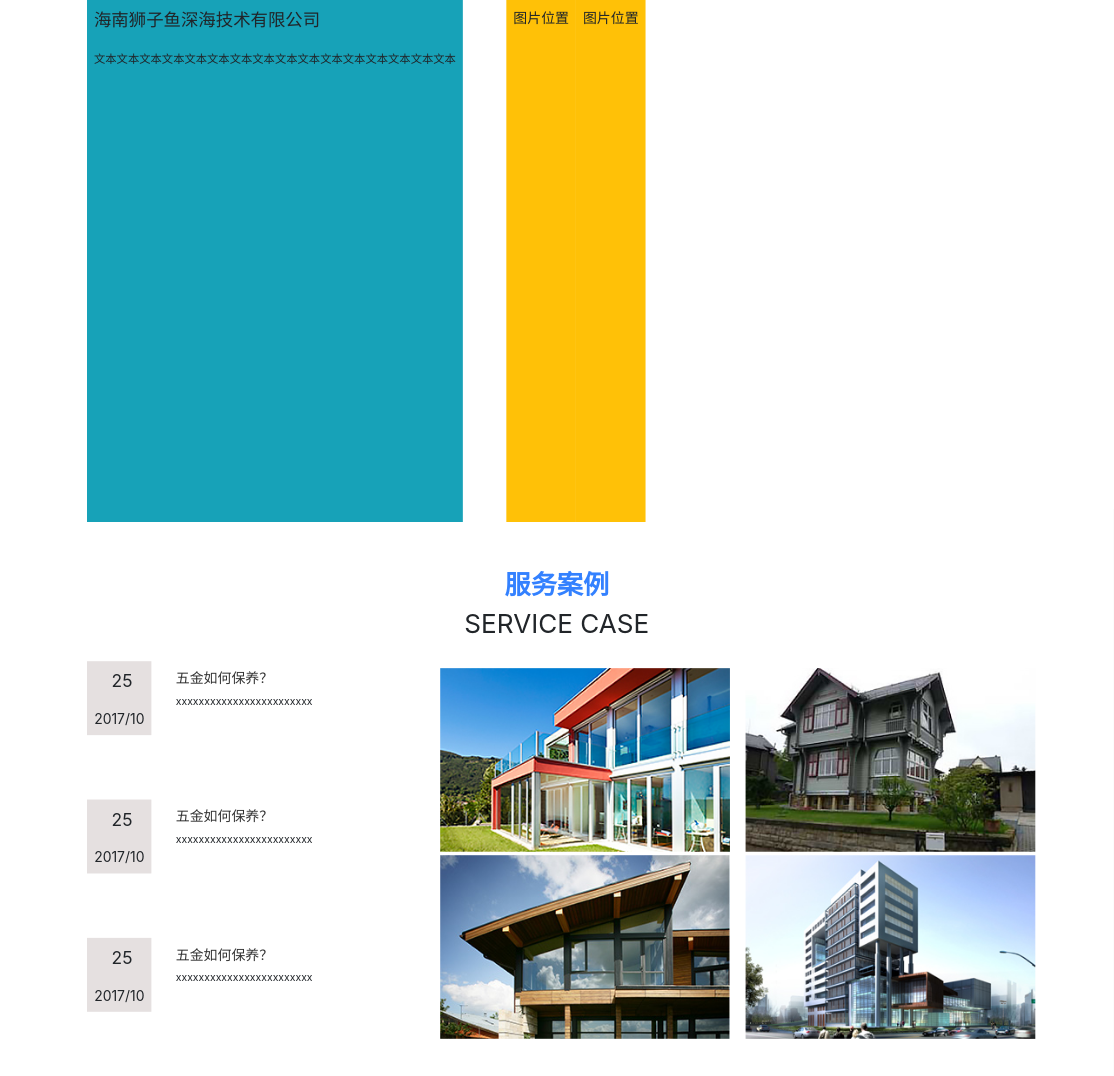
Repository: Noitom/Hadalsnailfish
Page: src/main/resources/static/html/main.html
These files come from the project's save history. The page is drawn as it stood at one moment and after the next save; the edit follows.
The browser window is 1280 px wide. The pictures show the whole page, at 87% of full size.

Above is the page before, as saved 2021-12-14 18:00:48.
Console error: TypeError: Cannot read properties of undefined (reading 'offsetTop')

### src/main/resources/static/html/main.html
<!DOCTYPE html>
<html lang="zh-CN">
<head>
    <meta charset="utf-8">
    <meta http-equiv="X-UA-Compatible" content="IE=edge">
    <meta name="viewport" content="width=device-width, initial-scale=1">
    <title>深海狮子鱼</title>
    <link href="../bootstrap/css/bootstrap.min.css" rel="stylesheet">
    <link href="../css/cl-css.css" rel="stylesheet">
    <link href="../font-awesome/css/font-awesome.min.css" rel="stylesheet">
    <link href="../element/element.css" rel="stylesheet" type="text/css">
    <link href="../bootstrap/css/bootstrap-responsive.min.css" rel="stylesheet" type="text/css">
    <style>
        .el-carousel__item h3 {
            color: #475669;
            font-size: 14px;
            opacity: 0.75;
            line-height: 150px;
            margin: 0;
        }

        .el-row {
            margin-bottom: 20px;
        &:last-child {
             margin-bottom: 0;
         }
        }
        .el-col {
            border-radius: 4px;
        }
        .bg-purple-dark {
            background: #99a9bf;
        }
        .bg-purple {
            background: #d3dce6;
        }
        .bg-purple-light {
            background: #e5e9f2;
        }
        .grid-content {
            border-radius: 4px;
            min-height: 36px;
        }
        .row-bg {
            padding: 10px 0;
            background-color: #f9fafc;
        }
        .szy-contact-way{
            width: 220px;
            height: 230px;
            border: 2px solid #d4d0d0;
            padding-top: 30px;
            padding-bottom: 20px;
        }

    </style>
</head>
<body>
<div id="app" style="background:#fff;">
    <!--首页其他内容展示-->

    <div class="container d-flex flex-wrap szy-tow justify-content-between">
        <div class="d-flex flex-row container">
            <div class="p-2 bg-info szy-tow-1" style="margin-right: 50px;">
                <p>海南狮子鱼深海技术有限公司</p>
                <span>文本文本文本文本文本文本文本文本文本文本文本文本文本文本文本文本</span>
            </div>
            <div class="p-2 bg-warning ">图片位置</div>
            <div class="p-2 bg-warning ">图片位置</div>
          </div>
        <!-- <div class="szy-tow">
            <p>海南狮子鱼深海技术有限公司</p>
            <span>文本文本文本文本文本文本文本文本文本文本文本文本文本文本文本文本</span>
        </div>
        <div class="szy-tow-one">
        </div> -->
        <!-- <transition enter-active-class="animated bounceInRight">
            <div class="container-tow" style="background: url(../img/border.webp);" ref="part1" v-show="part1flag">
                <span class="word">关于我们:</span>
                <div class="word-1">
                    <span>{{message}}</span></div>
                <div class="image-1" style="background: url(../img/img-1.webp) no-repeat;"></div>
                <div class="image-2" style="background: url(../img/img-2.webp);"></div>
                <div class="but-1">
                    <a href="#">
                        <span>xxxx</span>
                    </a>
                </div>
                <div class="but-2">
                    <span> > </span>
                    </a>
                </div>
            </div>
        </transition> -->
    </div>


    <!-- <div class="jumbotron">
    <div class="container">
    展示内容预留位置
    </div> -->

    <!-- </div> -->

    <!--首页其他内容展示-->
    <!--<div class="container-fluid"-->
         <!--style="background: url('../img/AD0Iz_PkBhACGAAgvZLxygUo8LKV8AYwgA844QU.jpg') repeat-y center;height: 737px;width: 100%">-->
        <!--<div class="container">-->
            <!--<div style="width: 1200px;">-->
                <!--<transition enter-active-class="animated bounceInRight">-->
                    <!--<div class="row" ref="part2" v-show="part2flag">-->
                        <!--<div class="col-md-4"-->
                             <!--style="height: 735px;background: url('../img/AD0Iz_PkBhAEGAAgu5LxygUomNWtNzDgAjjWAw.png.webp') no-repeat center;">-->
                            <!--<div class="d-flex flex-column justify-content-around align-items-center"-->
                                 <!--style="height: 735px;padding-bottom: 150px;padding-top: 150px">-->
                                <!--<div class="p-2">-->
                                    <!--<p style="color: rgb(255, 255, 255); font-family: 微软雅黑; font-size: 54px; background-color: transparent;">-->
                                        <!--我们的优势</p>-->
                                    <!--<p style="font-family: 微软雅黑; color: rgb(255, 255, 255); font-size: 22px;">-->
                                        <!--15年经验铸就坚硬的品牌理念</p>-->
                                <!--</div>-->
                                <!--<div class="p-2">-->
                                    <!--<div style="position: relative;right: 50px">-->
                                        <!--<p style="color: rgb(255, 255, 255);  font-size: 18px; background-color: transparent;">-->
                                            <!--FINAL QUALITY OF INTERNATIONAL</p>-->
                                        <!--<p style="color: rgb(255, 255, 255); font-family: 微软雅黑; font-size: 18px; background-color: transparent;">-->
                                            <!--&nbsp;&nbsp;&nbsp;&nbsp;&nbsp;&nbsp;&nbsp;&nbsp;&nbsp;&nbsp;&nbsp;&nbsp;&nbsp;&nbsp;&nbsp;&nbsp;&nbsp;&nbsp;&nbsp;&nbsp;&nbsp;ADVANCED-->
                                            <!--TECHNOLOGY</p>-->
                                    <!--</div>-->
                                <!--</div>-->
                            <!--</div>-->
                        <!--</div>-->
                        <!--<div class="col-md-7" style="height: 735px;">-->
                            <!--<div class="d-flex flex-column justify-content-around align-items-center"-->
                                 <!--style="height: 735px;padding-bottom: 100px;padding-top: 100px;padding-left: 100px">-->
                                <!--<div class="d-flex flex-row " style=" height: 100px;width: 100%">-->
                                    <!--<img src="../img/AD0Iz_PkBhAEGAAgupLxygUotcqk4QMwVThV.png.webp"-->
                                         <!--style="height: 85px;width: 85px">-->
                                    <!--<div class="d-flex flex-column" style="padding-left: 50px">-->
                                        <!--<p class="szy-yahei-22px-blue">国际认证品牌</p>-->
                                        <!--<p class="szy-yahei-18px-white">CERUFICATION</p>-->
                                        <!--<p class="szy-yahei-16px-white">一系列突破性的创新给了我们公司的产品当之无愧的全球声誉</p>-->
                                    <!--</div>-->
                                <!--</div>-->
                                <!--<div class="d-flex flex-row " style=" height: 100px;width: 100%">-->
                                    <!--<img src="../img/AD0Iz_PkBhAEGAAguJLxygUoqpuiGzBVOFU.png.webp"-->
                                         <!--style="height: 85px;width: 85px">-->
                                    <!--<div class="d-flex flex-column" style="padding-left: 50px">-->
                                        <!--<p class="szy-yahei-22px-blue">国际认证品牌</p>-->
                                        <!--<p class="szy-yahei-18px-white">CERUFICATION</p>-->
                                        <!--<p class="szy-yahei-16px-white">一系列突破性的创新给了我们公司的产品当之无愧的全球声誉</p>-->
                                    <!--</div>-->
                                <!--</div>-->
                                <!--<div class="d-flex flex-row " style=" height: 100px;width: 100%">-->
                                    <!--<img src="../img/AD0Iz_PkBhAEGAAgu5LxygUozp2n1AIwVThV.png.webp"-->
                                         <!--style="height: 85px;width: 85px">-->
                                    <!--<div class="d-flex flex-column" style="padding-left: 50px">-->
                                        <!--<p class="szy-yahei-22px-blue">国际认证品牌</p>-->
                                        <!--<p class="szy-yahei-18px-white">CERUFICATION</p>-->
                                        <!--<p class="szy-yahei-16px-white">一系列突破性的创新给了我们公司的产品当之无愧的全球声誉</p>-->
                                    <!--</div>-->
                                <!--</div>-->
                            <!--</div>-->
                        <!--</div>-->
                    <!--</div>-->
                <!--</transition>-->
            <!--</div>-->
        <!--</div>-->
    <!--</div>-->

    <!--<div class="jumbotron-i">-->
        <!--<transition enter-active-class="animated bounceInRight">-->
            <!--<div class="container" ref="part3" v-show="part3flag">-->

                <!--<div class="d-flex flex-column justify-content-around" style="height: 670px;">-->
                    <!--<div class="d-flex flex-column justify-content-around" style="height: 200px;width: 100%">-->
                        <!--<div>-->
                            <!--<h2>产品介绍</h2>-->
                            <!--<h5>PRODUCT INTRODUCTION</h5>-->
                        <!--</div>-->
                    <!--</div>-->
                    <!--<div class="d-flex flex-row justify-content-around" style="height: 470px;width: 100%">-->
                        <!--<div style="height: 360px;width: 250px;">-->
                            <!--<img src="../img/chanping1.webp" class="szy-index-img">-->
                            <!--<p style="font-size: 30px; text-align:center">xxx</p>-->
                        <!--</div>-->
                        <!--<div style="height: 360px;width: 250px;">-->
                            <!--<img src="../img/chanping1.webp" class="szy-index-img">-->
                            <!--<p style="font-size: 30px; text-align:center">xxx</p>-->
                        <!--</div>-->
                        <!--<div style="height: 360px;width: 250px;">-->
                            <!--<img src="../img/chanping1.webp" class="szy-index-img">-->
                            <!--<p style="font-size: 30px; text-align:center">xxx</p>-->
                        <!--</div>-->
                        <!--<div style="height: 360px;width: 250px;">-->
                            <!--<img src="../img/chanping1.webp" class="szy-index-img">-->
                            <!--<p style="font-size: 30px; text-align:center">xxx</p>-->
                        <!--</div>-->
                    <!--</div>-->
                <!--</div>-->

            <!--</div>-->
        <!--</transition>-->
    <!--</div>-->

    <!--<div class="container-fluid"-->
         <!--style="background: url('../img/AD0Iz_PkBhACGAAgvZLxygUo3KbZmwUwgA842gQ.jpg') repeat-y center;height: 600px;width: 100%">-->
        <!--<transition enter-active-class="animated bounceInRight">-->
            <!--<div class="container" ref="part4" v-show="part4flag">-->
                <!--<div class="d-flex flex-column justify-content-around "-->
                     <!--style="width: 1200px;height: 600px;padding-bottom: 100px;padding-top: 100px">-->
                    <!--<div>-->
                        <!--<p style="font-family: 微软雅黑; font-size: 30px; color: rgb(255, 255, 255);margin-bottom: 0">-->
                            <!--制造工艺流程</p>-->
                        <!--<p style="font-family: 微软雅黑; font-size: 15px; color: rgb(0, 0, 0);">MANUFACTURING PROCESS</p>-->
                    <!--</div>-->
                    <!--<div class="d-flex flex-column justify-content-around " style="width: 100%;height: 300px;">-->
                        <!--<div style="position: relative;left: 75px;margin-bottom: 10px;padding-top: 25px">-->
                            <!--<img src="../img/AD0Iz_PkBhAEGAAg0P3xygUomLSmbjCgCDgU.png.webp">-->
                        <!--</div>-->
                        <!--<div class="d-flex justify-content-between ">-->
                            <!--<div class="d-flex flex-column align-items-center">-->
                                <!--<img src="../img/AD0Iz_PkBhAEGAAg6-3xygUooLKNxwcwmAE4mAE.png.webp">-->
                                <!--<p style="font-family: 微软雅黑; font-size: 16px; color: rgb(255, 255, 255);margin-top: 20px">-->
                                    <!--确认需求</p>-->
                            <!--</div>-->
                            <!--<div class="d-flex flex-column align-items-center">-->
                                <!--<img src="../img/AD0Iz_PkBhAEGAAg6-3xygUooLKNxwcwmAE4mAE.png.webp">-->
                                <!--<p style="font-family: 微软雅黑; font-size: 16px; color: rgb(255, 255, 255);margin-top: 20px">-->
                                    <!--确认需求</p>-->
                            <!--</div>-->
                            <!--<div class="d-flex flex-column align-items-center">-->
                                <!--<img src="../img/AD0Iz_PkBhAEGAAg6-3xygUooLKNxwcwmAE4mAE.png.webp">-->
                                <!--<p style="font-family: 微软雅黑; font-size: 16px; color: rgb(255, 255, 255);margin-top: 20px">-->
                                    <!--确认需求</p>-->
                            <!--</div>-->
                            <!--<div class="d-flex flex-column align-items-center">-->
                                <!--<img src="../img/AD0Iz_PkBhAEGAAg6-3xygUooLKNxwcwmAE4mAE.png.webp">-->
                                <!--<p style="font-family: 微软雅黑; font-size: 16px; color: rgb(255, 255, 255);margin-top: 20px">-->
                                    <!--确认需求</p>-->
                            <!--</div>-->
                            <!--<div class="d-flex flex-column align-items-center">-->
                                <!--<img src="../img/AD0Iz_PkBhAEGAAg6-3xygUooLKNxwcwmAE4mAE.png.webp">-->
                                <!--<p style="font-family: 微软雅黑; font-size: 16px; color: rgb(255, 255, 255);margin-top: 20px">-->
                                    <!--确认需求</p>-->
                            <!--</div>-->
                        <!--</div>-->
                    <!--</div>-->
                <!--</div>-->
            <!--</div>-->
        <!--</transition>-->
    <!--</div>-->


    <div class="container-fluid">
        <div class="d-flex flex-column">
            <div class="d-flex flex-column align-items-center" style="height: 100px;margin-top:30px;">
                <p style="font-size: 30px;color: #3381ff;margin-bottom: 0;margin-top:20px;;font-weight:bold">服务案例</p>
                <p style="font-size: 30px">SERVICE CASE</p>
            </div>
            <div style="margin-top: 30px">
                <div class="d-flex flex-row justify-content-around ">
                    <div >
                        <div class="d-flex flex-column align-items-center" >
                            <div class="d-flex flex-row" style="height: 109px;margin-bottom: 50px">
                                <div class="p-2" style="margin-left: 20px;background-color:hsl(0, 9%, 89%) ;height: 85px;">
                                    <p style="font-size: 20px;margin-left: 20px;">25</p>
                                    <p>2017/10</p>
                                </div>
                                <div class="p-2" style="margin-left: 20px;">
                                    <a href="#" style="display: block;">五金如何保养？</a>
                                    <span style="height: 80px;font-size: 12px;">xxxxxxxxxxxxxxxxxxxxxxxx</span>
                                </div>
                            </div>
                            <div class="d-flex flex-row" style="height: 109px;margin-bottom: 50px">
                                <div class="p-2" style="margin-left: 20px;background-color:hsl(0, 9%, 89%) ;height: 85px;">
                                    <p style="font-size: 20px;margin-left: 20px;">25</p>
                                    <p>2017/10</p>
                                </div>
                                <div class="p-2" style="margin-left: 20px;">
                                    <a href="#" style="display: block;">五金如何保养？</a>
                                    <span style="height: 80px;font-size: 12px;">xxxxxxxxxxxxxxxxxxxxxxxx</span>
                                </div>
                            </div>
                            <div class="d-flex flex-row" style="height: 109px;margin-bottom: 50px">
                                <div class="p-2" style="margin-left: 20px;background-color:hsl(0, 9%, 89%) ;height: 85px;">
                                    <p style="font-size: 20px;margin-left: 20px;">25</p>
                                    <p>2017/10</p>
                                </div>
                                <div class="p-2" style="margin-left: 20px;">
                                    <a href="#" style="display: block;">五金如何保养？</a>
                                    <span style="height: 80px;font-size: 12px;">xxxxxxxxxxxxxxxxxxxxxxxx</span>
                                </div>
                            </div>
                        </div>
                    </div>
                    <!-- 图片区域 -->
                    <div class="d-flex flex-row hidden-phone" >
                        <div class="d-flex flex-row">
                            <div class="p-2 " >
                                <div class="d-flex flex-column">
                                    <div class="p-2"
                                         style="height: 215px;width: 335px;background: url(../img/AD0IhdDxBBACGAAg07CfvgUorZv0twUwzQI40wE.jpg.webp) no-repeat;">
                                    </div>
                                    <div class="p-2 "
                                         style="height: 215px;width: 335px;background: url(../img/AD0IhdDxBBACGAAg0bCfvgUovfrw1AQwzQI40wE.jpg.webp) no-repeat;">
                                    </div>
                                </div>
                            </div>
                            <div class="p-2 " >
                                <div class="d-flex visible-desktop">
                                    <div class="p-2"
                                         style="height: 215px;width: 335px;background: url(../img/AD0IhdDxBBACGAAgv7CfvgUowNfZzAYwzQI40wE.jpg.webp) no-repeat;">
                                    </div>
                                    <div class="p-2"
                                         style="height: 215px;width: 335px;background: url(../img/AD0IhdDxBBACGAAgx7CfvgUo16PphwcwzQI40wE.jpg.webp) no-repeat;">
                                    </div>
                                </div>
                            </div>
                        </div>
                    </div>
                </div>
            </div>
        </div>
    </div>
</div>
<script src="../jquery/jquery.min.js"></script>
<script src="../bootstrap/js/bootstrap.min.js"></script>
<script src="../element/vue.js"></script>
<script src="../element/element.js"></script>
<script type="text/javascript">
    //配置对象 options
    new Vue({
        // 配置选项(option)
        // element: 指定用vue来管理页面中的哪个标签区域
        el: '#app',
        data: {
            isCollapse: true,
            imageList:[
                './img/AD0IhdDxBBACGAAg87q03wUomNK66wUwgA840QU.jpg',
                './img/AD0IhdDxBBACGAAg87q03wUokNmXkwUwgA840QU.jpg'
            ],
            message:'公司简介：XXXXXXXXXXXXX',
            show:false,
            part1flag:false,
            part2flag:false,
            part3flag:false,
            part4flag:false,
            number:0,
            mainUrl:'html/test.html'

        },
        methods: {
            handleScroll:function () {
                this.currentScroll = window.pageYOffset;
                this.number = this.currentScroll

                if(this.currentScroll >= this.$refs.part1.offsetTop ){
                    this.part1flag = true
                }
                if(this.currentScroll >= this.$refs.part2.offsetTop + 1200){
                    this.part2flag = true
                }
                if(this.currentScroll >= this.$refs.part3.offsetTop + 1600){
                    this.part3flag = true
                }
                if(this.currentScroll >= this.$refs.part4.offsetTop + 2000){
                    this.part4flag = true
                }
            },
            toIndex:function () {

            },
            toConnect:function () {
                this.mainUrl = 'html/connect.html'
            },
            toHelp:function () {
                this.mainUrl = 'html/help.html'
            }

        },
        mounted:function () {
            window.addEventListener("scroll",this.handleScroll);
            this.part1flag=true
            this.part2flag=true
            this.part3flag=true
            this.part4flag=true
        },
        beforeDestroy() {
            window.removeEventListener("scroll",this.handleScroll)
        },
    });

</script>
</body>
</html>

Loaded but not shown: src/main/resources/static/bootstrap/css/bootstrap.min.css (library); src/main/resources/static/font-awesome/css/font-awesome.min.css (library); src/main/resources/static/element/element.css (library); src/main/resources/static/bootstrap/css/bootstrap-responsive.min.css (library); src/main/resources/static/jquery/jquery.min.js (library); src/main/resources/static/bootstrap/js/bootstrap.min.js (library); src/main/resources/static/element/vue.js (library); src/main/resources/static/element/element.js (library); src/main/resources/static/css/cl-css.css (346 lines, source omitted)

After the next save:
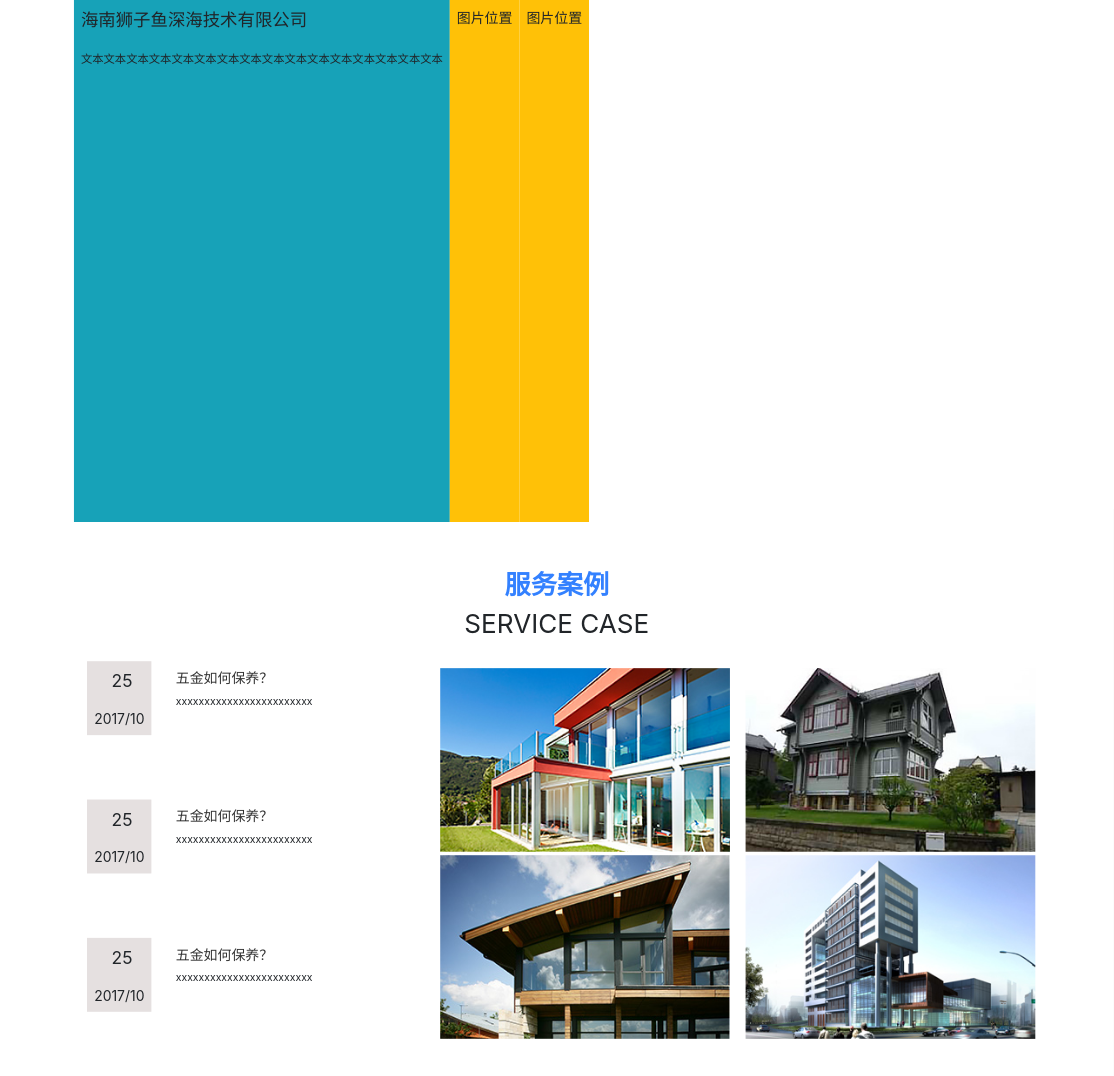
Saved 37 s later.
--- a/src/main/resources/static/html/main.html
+++ b/src/main/resources/static/html/main.html
@@ -60,8 +60,8 @@
     <!--首页其他内容展示-->
 
     <div class="container d-flex flex-wrap szy-tow justify-content-between">
-        <div class="d-flex flex-row container">
-            <div class="p-2 bg-info szy-tow-1" style="margin-right: 50px;">
+        <div class="d-flex flex-row ">
+            <div class="p-2 bg-info szy-tow-1" style="padding-right: 50px;">
                 <p>海南狮子鱼深海技术有限公司</p>
                 <span>文本文本文本文本文本文本文本文本文本文本文本文本文本文本文本文本</span>
             </div>
